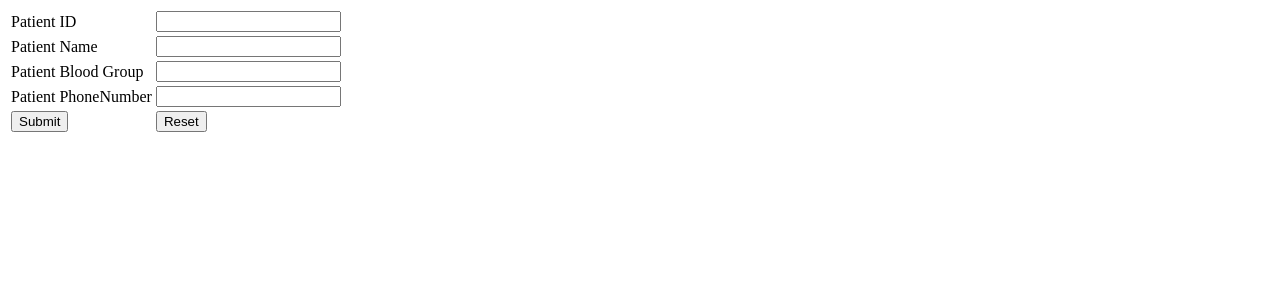
Repository: kishangk10/AllJava
Page: eclipse-workspace/project.patient/src/main/webapp/insert.html
An editor plug-in stored every save of this project. The page is shown before and after the next save, followed by the edit.
The browser window is 1280 px wide. The pictures show the whole page.

Above is the page before, as saved 2023-02-16 07:12:54.

After the next save:
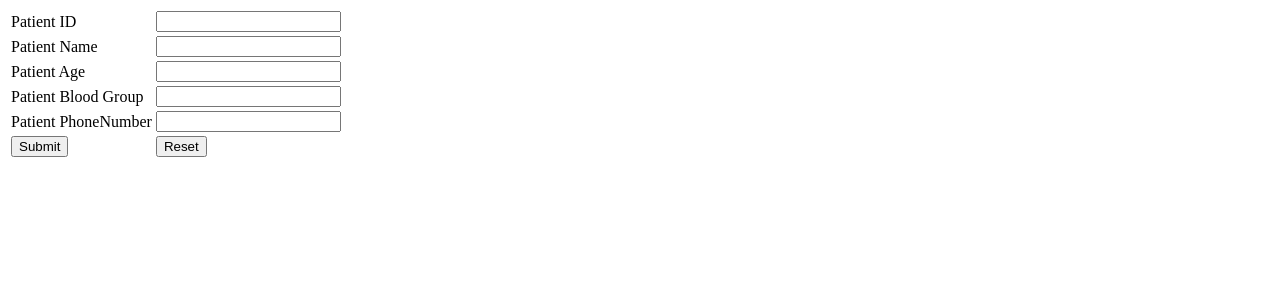
Saved 49 s later.
--- a/eclipse-workspace/project.patient/src/main/webapp/insert.html
+++ b/eclipse-workspace/project.patient/src/main/webapp/insert.html
@@ -6,7 +6,7 @@
 </head>
 <body>
 
-<form action="data" method="post">
+<form action="insert" method="post">
 <table>
 <tr>
 <td>
@@ -22,6 +22,14 @@
 </td>
 <td>
 <input type="text" name="pname">
+</td>
+</tr>
+<tr>
+<td>
+<label>Patient Age</label>
+</td>
+<td>
+<input type="number" name="age">
 </td>
 </tr>
 <tr>
